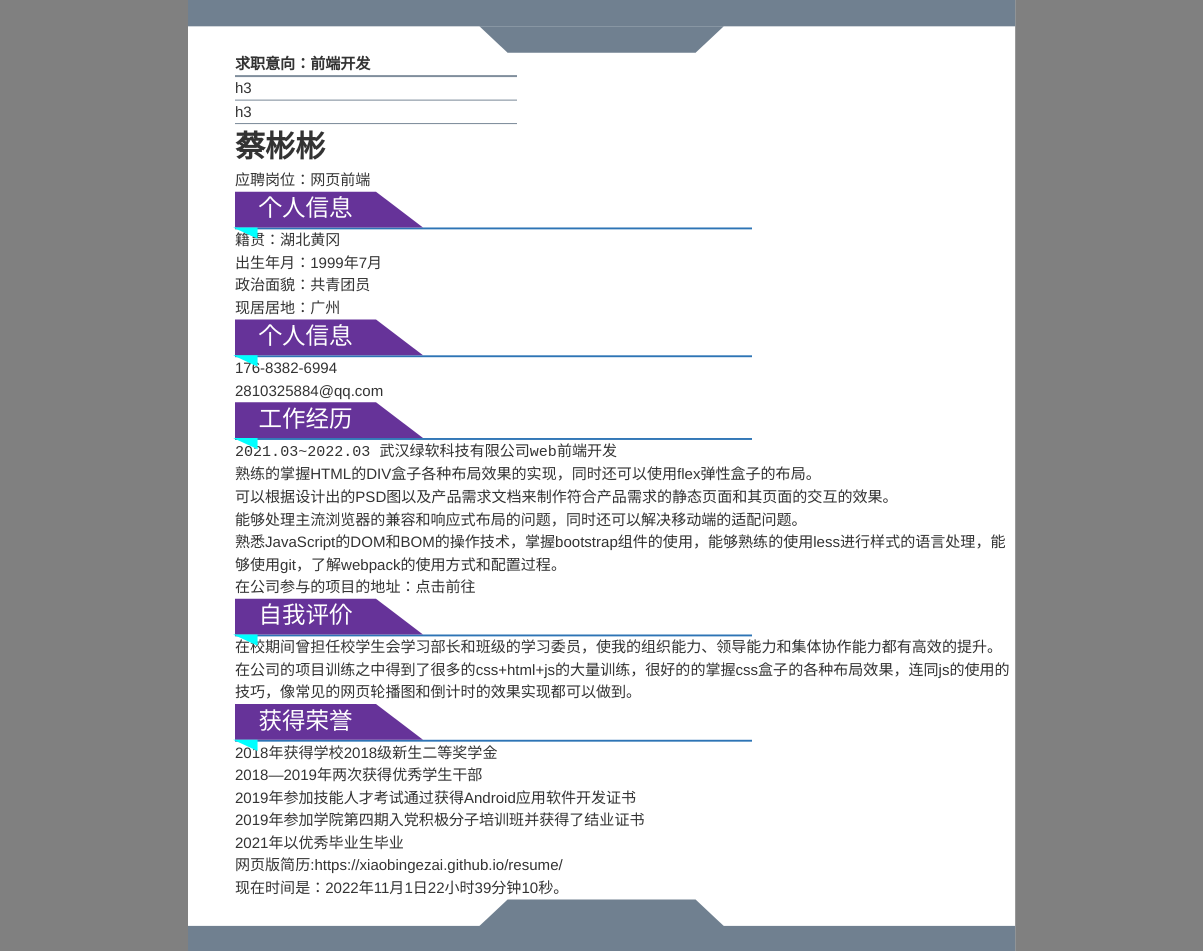
Repository: xiaobingezai/resume
Page: index.html
These files come from the project's save history. The page is drawn as it stood at one moment and after the next save; the edit follows.
The browser window is 1280 px wide. The pictures show the whole page, at 94% of full size.

Above is the page before, as saved 2022-11-02 23:13:18.

After the next save:
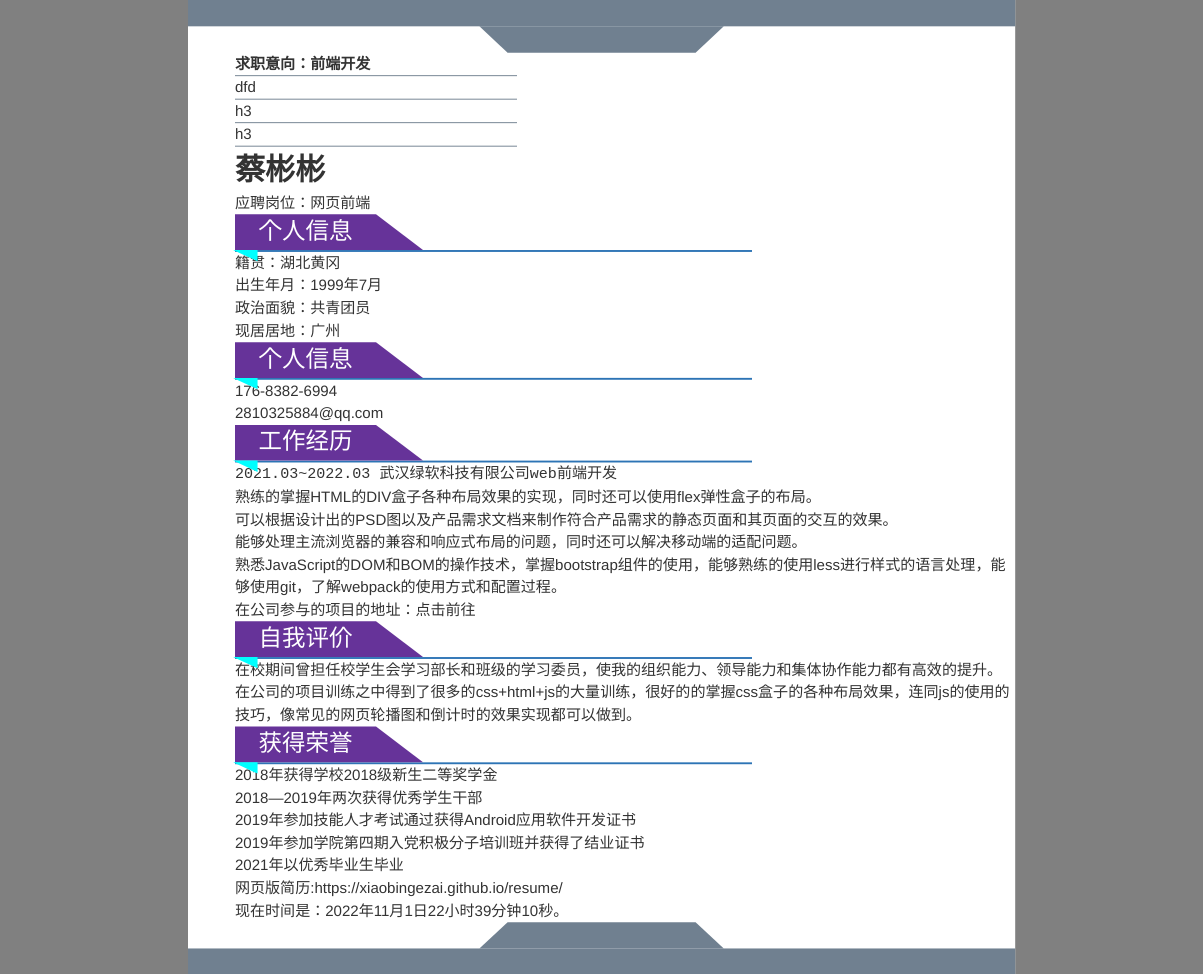
Saved 15 s later.
--- a/index.html
+++ b/index.html
@@ -17,7 +17,7 @@
             <div class="jiaoYuBeiJing">
                 <ul>
                     <li><h4>求职意向：前端开发</h4></li>
-                    <li><span class="iocnfont .icon-office-supplies"></span></li>
+                    <li><span class="iocnfont .icon-office-supplies"></span>dfd </li>
                     <li>h3</li>
                     <li>h3</li>
                 </ul>
